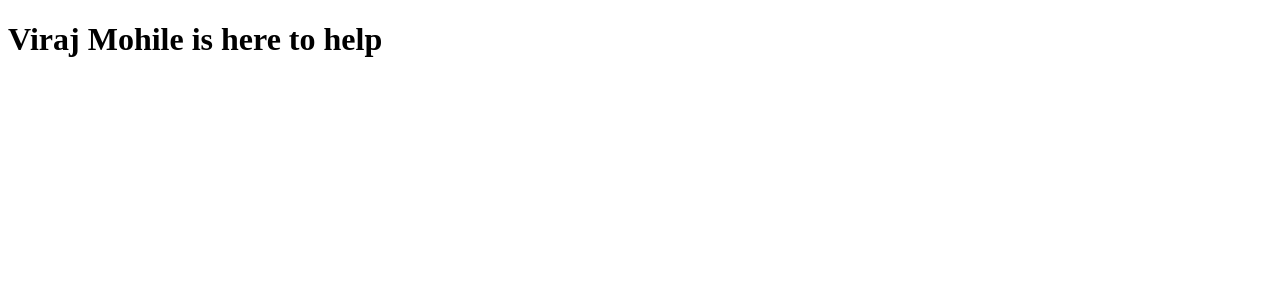
Repository: high-in-entropy/SpringFramework
Page: http://localhost/springmvc/help
These files come from the project's save history. The page is drawn as it stood at one moment and after the next save; the edit follows.
The browser window is 1280 px wide. The pictures show the whole page.
The page is served by Tomcat 9. Other server files are loaded and not shown.

Above is the page before, as saved 2021-08-23 10:17:53.

### springmvc/src/main/webapp/WEB-INF/spring-servlet.xml
<?xml version="1.0" encoding="UTF-8"?>

<beans xmlns="http://www.springframework.org/schema/beans"
	xmlns:xsi="http://www.w3.org/2001/XMLSchema-instance" xmlns:context="http://www.springframework.org/schema/context"
	xmlns:p="http://www.springframework.org/schema/p"
	xsi:schemaLocation="http://www.springframework.org/schema/beans
    http://www.springframework.org/schema/beans/spring-beans.xsd
    http://www.springframework.org/schema/context
    http://www.springframework.org/schema/context/spring-context.xsd">

    <context:component-scan base-package="springmvc.controller"/>

    <bean class="org.springframework.web.servlet.view.InternalResourceViewResolver" name="viewResolver">
    	<property name="prefix" value="/WEB-INF/views/"/>
    	<property name="suffix" value=".jsp"/>
    </bean>

</beans>

### springmvc/src/main/webapp/WEB-INF/views/help1.jsp
<%@ page language="java" contentType="text/html; charset=ISO-8859-1"
    pageEncoding="ISO-8859-1"%>


<!-- This way you can use JSP Expression language to easily print request objects without
actually invoking req obj or declaring POJOs.
Just insert the attribute name within {} = {<name>} -->

<%@ page isELIgnored="false" %>
<!DOCTYPE html>
<html>
<head>
<meta charset="ISO-8859-1">
<title>Insert title here</title>
</head>
<body>
<h1><%=request.getAttribute("name")%></h1>
</body>
</html>

### springmvc/src/main/java/springmvc/controller/HomeController.java
package springmvc.controller;

import org.springframework.stereotype.Controller;
import org.springframework.ui.Model;
import org.springframework.web.bind.annotation.RequestMapping;
import org.springframework.web.servlet.ModelAndView;

@Controller
public class HomeController {


	/*
	 * Add the address suffix here. For example if you need an about.jsp page, add
	 * /about and return "about" form the about method. the ViewController we
	 * declared in config.xml will take care of amending the URL path with suffix
	 * and prefix(=.jsp). So in short, everytime you wanna create a new page, just
	 * add its method here and create the display (or view in MVC terms) in views folder.
	 */

	@RequestMapping("/")
	public String home(Model model) {
		System.out.println("this is home method in Controller");
		model.addAttribute("Name", "Viraj Mohile");
		return "index";
	}

	@RequestMapping("/help")
	public ModelAndView help() {
		System.out.println("We are inside help controller! This is ModelAndView "
				+ "way of bringing model to the view.");
		ModelAndView model = new ModelAndView();
		//If we make the page name the same as requestmapping name, no need of setViewName
		model.setViewName("help1");
		model.addObject("name","Viraj Mohile is here to help");
		return model;

	}


}

After the next save:
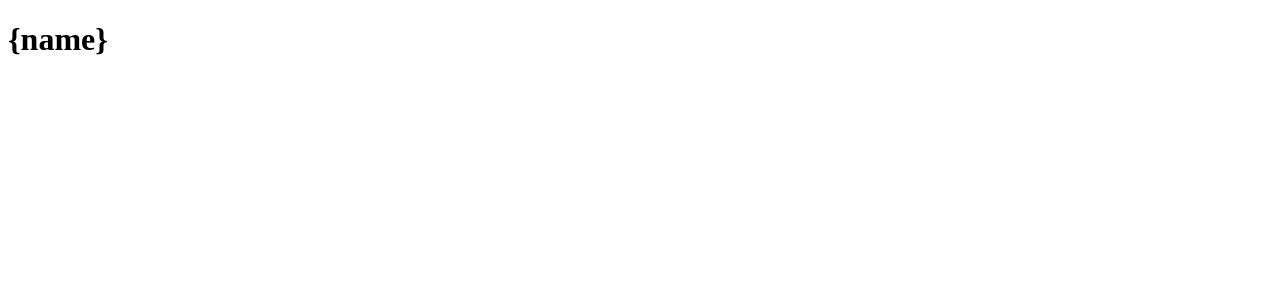
Saved 28 s later.
--- a/springmvc/src/main/webapp/WEB-INF/views/help1.jsp
+++ b/springmvc/src/main/webapp/WEB-INF/views/help1.jsp
@@ -14,6 +14,7 @@
 <title>Insert title here</title>
 </head>
 <body>
-<h1><%=request.getAttribute("name")%></h1>
+<%-- <h1><%=request.getAttribute("name")%></h1> --%>
+<h1>{name}</h1>
 </body>
 </html>

After the save that followed:
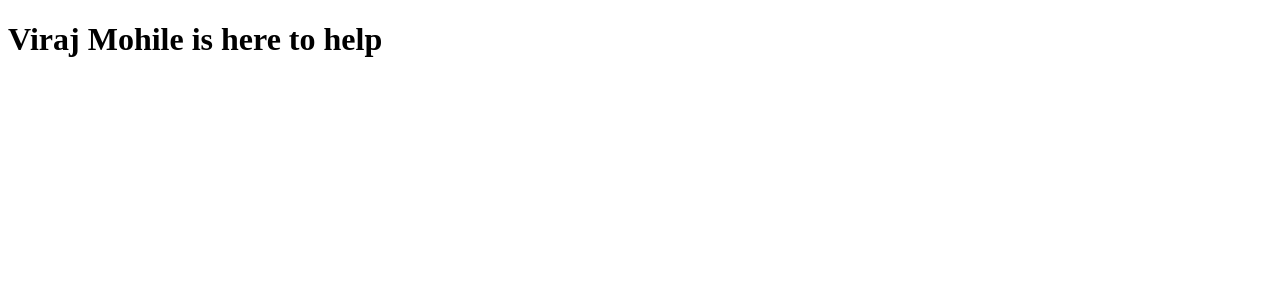
Saved 32 s later.
--- a/springmvc/src/main/webapp/WEB-INF/views/help1.jsp
+++ b/springmvc/src/main/webapp/WEB-INF/views/help1.jsp
@@ -15,6 +15,6 @@
 </head>
 <body>
 <%-- <h1><%=request.getAttribute("name")%></h1> --%>
-<h1>{name}</h1>
+<h1>${name}</h1>
 </body>
 </html>
